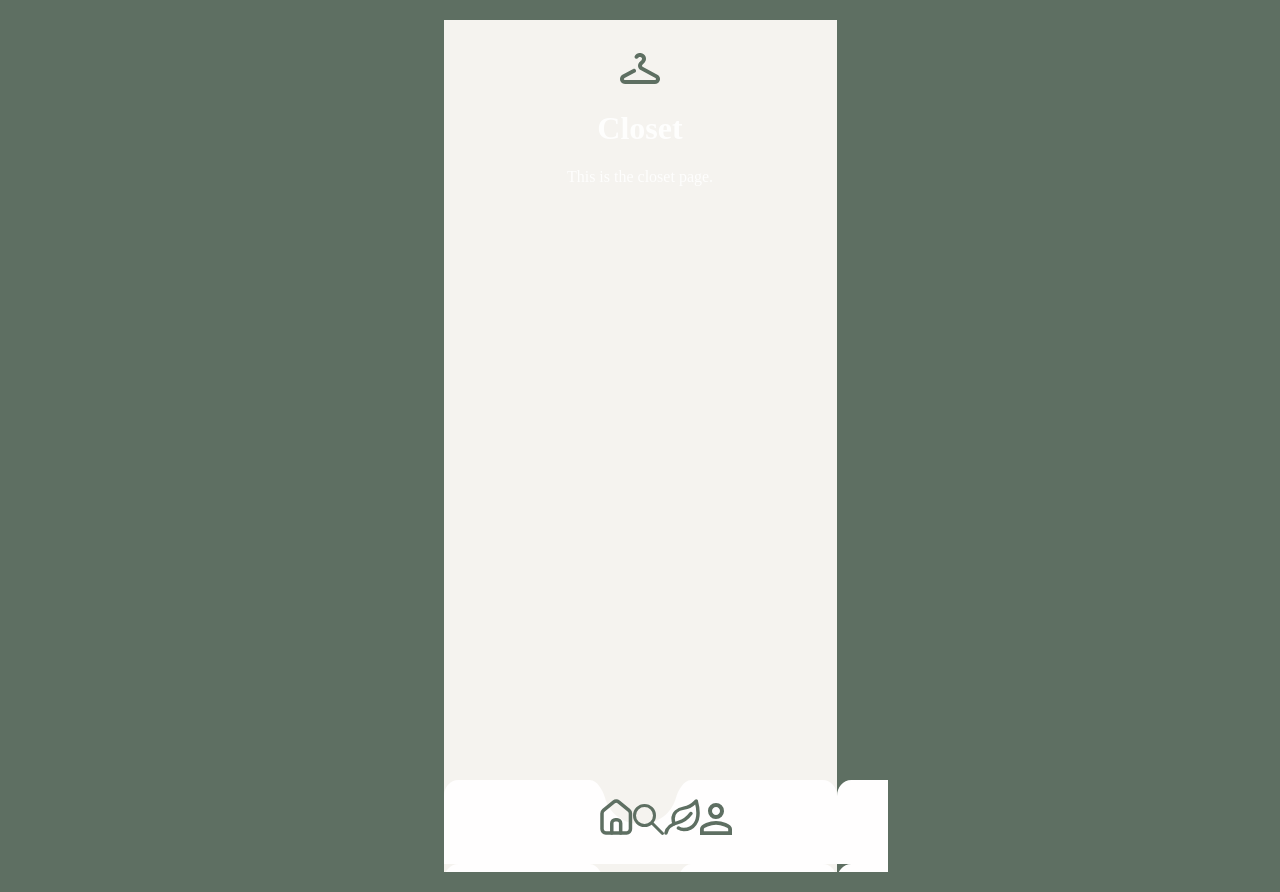
Repository: Strawb3rryjam/app-slotion
Page: /closet
An editor plug-in stored every save of this project. The page is shown before and after a run of saves, followed by the edit.
The browser window is 1280 px wide. The pictures show the whole page.
The project was rebuilt for these pictures with package versions that can differ from the ones it lists, and the page was loaded fresh each time. Also part of the build but not shown: vite.config.js. Imported but missing from the stored project, and not drawn on this page: src/pages/Home.

Above is the page before, as saved 2025-05-09 02:20:56.

After the next 7 saves:
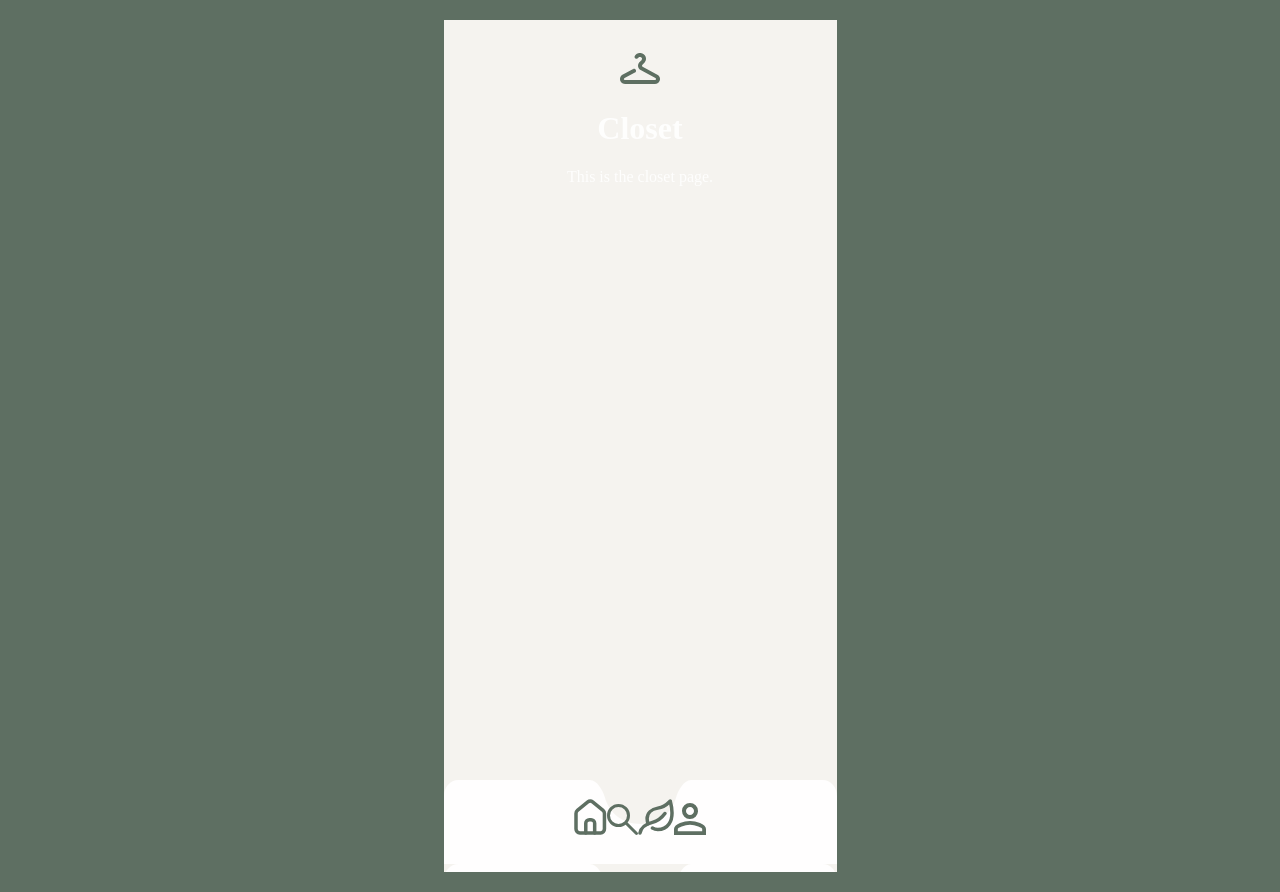
The 7 saves are shown as one change because they came seconds apart.
The last was saved 19 s later.
--- a/src/css/NavBar.module.css
+++ b/src/css/NavBar.module.css
@@ -11,7 +11,7 @@
     display: flex;
     justify-content: center;  /* Align the navbar content centrally */
     background-image: url(../assets/NavBar.svg);
-    width: 380px;
+    width: 329px;
 
   }
 
